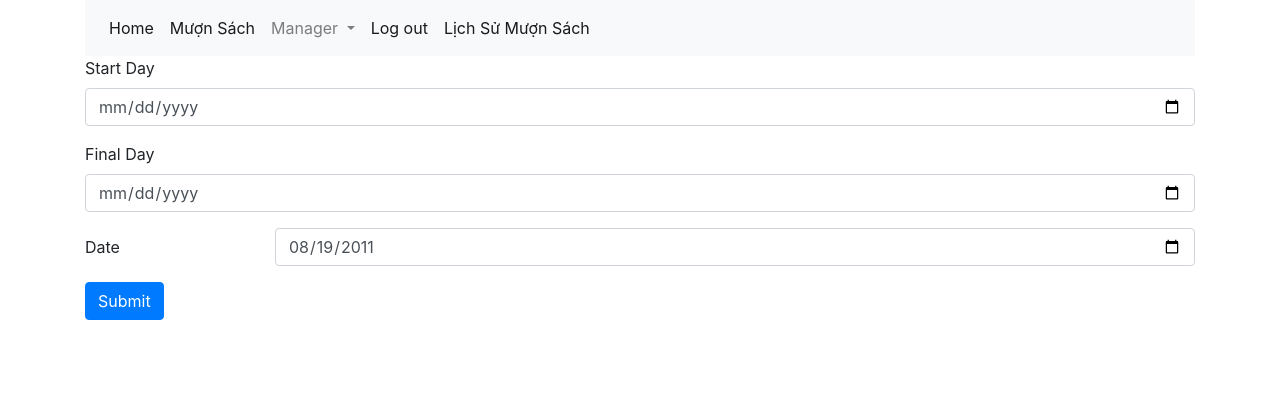
Repository: nguyenquocvuong010195/Jsp-Servlet
Page: http://localhost/JSP-Servlet-Buy/SearchDayServlet
The author's editor kept a copy of each file at every save. The page is drawn from the files as they stood at one save, then again after the next save.
The browser window is 1280 px wide. The pictures show the whole page.
The page is served by Tomcat 9. Other server files are loaded and not shown.

Above is the page before, as saved 2020-08-03 10:11:13.

### JSP-Servlet/JSP-Servlet-Buy/WebContent/searchDay.jsp
<%@ page language="java" contentType="text/html; charset=UTF-8"
	pageEncoding="UTF-8"%>
<!DOCTYPE html>
<html>
<head>
<meta charset="ISO-8859-1">
<title>SearchDay</title>
<link rel="stylesheet"
	href="https://maxcdn.bootstrapcdn.com/bootstrap/4.5.0/css/bootstrap.min.css">
<script
	src="https://ajax.googleapis.com/ajax/libs/jquery/3.5.1/jquery.min.js"></script>
<script
	src="https://cdnjs.cloudflare.com/ajax/libs/popper.js/1.16.0/umd/popper.min.js"></script>
<script
	src="https://maxcdn.bootstrapcdn.com/bootstrap/4.5.0/js/bootstrap.min.js"></script>
<link rel="stylesheet"
	href="https://stackpath.bootstrapcdn.com/bootstrap/4.3.1/css/bootstrap.min.css"
	integrity="sha384-ggOyR0iXCbMQv3Xipma34MD+dH/1fQ784/j6cY/iJTQUOhcWr7x9JvoRxT2MZw1T"
	crossorigin="anonymous">


</head>
<body>
	<div class=container>
		<%@ include file="header.jsp"%>
		<form action="SearchDayServlet" method="POST">
			<div class="form-group">
				<label for="formGroupExampleInput">Start Day </label> <input
					type="date" class="form-control" name="bf"
					id="formGroupExampleInput" placeholder="Example input">
			</div>
			<div class="form-group">
				<label for="formGroupExampleInput2">Final Day</label> <input
					type="date" class="form-control" name="at"
					id="formGroupExampleInput2" placeholder="Another input">
			</div>
			<div class="form-group row">
				<label for="example-date-input" class="col-2 col-form-label">Date</label>
				<div class="col-10">
					<input class="form-control" type="date" value="2011-08-19" name="at"
						id="example-date-input">
				</div>
			</div>
			<button class="btn btn-primary" type="submit">Submit</button>
			<div class="col-3"></div>
		</form>
	</div>
	<script src="https://code.jquery.com/jquery-3.3.1.slim.min.js"
		integrity="sha384-q8i/X+965DzO0rT7abK41JStQIAqVgRVzpbzo5smXKp4YfRvH+8abtTE1Pi6jizo"
		crossorigin="anonymous"></script>
	<script
		src="https://cdnjs.cloudflare.com/ajax/libs/popper.js/1.14.7/umd/popper.min.js"
		integrity="sha384-UO2eT0CpHqdSJQ6hJty5KVphtPhzWj9WO1clHTMGa3JDZwrnQq4sF86dIHNDz0W1"
		crossorigin="anonymous"></script>
	<script
		src="https://stackpath.bootstrapcdn.com/bootstrap/4.3.1/js/bootstrap.min.js"
		integrity="sha384-JjSmVgyd0p3pXB1rRibZUAYoIIy6OrQ6VrjIEaFf/nJGzIxFDsf4x0xIM+B07jRM"
		crossorigin="anonymous"></script>
</body>
</html>

### JSP-Servlet/JSP-Servlet-Buy/WebContent/header.jsp
<%@ page language="java" contentType="text/html; charset=UTF-8"
	pageEncoding="UTF-8"%>
<%@ taglib uri="http://java.sun.com/jsp/jstl/core" prefix="c" %>
<!DOCTYPE html>
<html>
<head>
<meta charset="ISO-8859-1">
</head>
<body>
	<nav class="navbar navbar-expand-lg navbar-light bg-light">
		<button class="navbar-toggler" type="button" data-toggle="collapse"
			data-target="#navbarSupportedContent"
			aria-controls="navbarSupportedContent" aria-expanded="false"
			aria-label="Toggle navigation">
			<span class="navbar-toggler-icon"></span>
		</button>

		<div class="collapse navbar-collapse" id="navbarSupportedContent">
			<ul class="navbar-nav mr-auto">
				<li class="nav-item active"><a class="nav-link" href="#">Home
						<span class="sr-only">(current)</span>
				</a></li>
				<li class="nav-item active"><a class="nav-link"
					href="BookServlet">Mượn Sách</a></li>
				<li class="nav-item dropdown"><a
					class="nav-link dropdown-toggle" href="#" id="navbarDropdown"
					role="button" data-toggle="dropdown" aria-haspopup="true"
					aria-expanded="false"> Manager </a>
					<div class="dropdown-menu" aria-labelledby="navbarDropdown">
						<a class="dropdown-item" href="StudentManagerServlet">Students
							Manager</a>
						<div class="dropdown-divider"></div>
						<a class="dropdown-item" href="BookManagerServlet">Books
							Manager</a>
						<div class="dropdown-divider"></div>
						<a class="dropdown-item" href="SearchDayServlet">Search day</a>
					</div></li>
				<li class="nav-item active"><a class="nav-link"
					href="LogOutServlet">Log out</a></li>
				<li class="nav-item active"><a class="nav-link"
					href="BookHistoryServlet">Lịch Sử Mượn Sách</a></li>
			</ul>

		</div>
</nav>
</body>
</html>

### JSP-Servlet/JSP-Servlet-Buy/src/controller/SearchDayServlet.java
package controller;

import java.io.IOException;
import java.sql.Date;
import java.text.SimpleDateFormat;
import java.time.format.DateTimeFormatter;
import java.util.List;

import javax.servlet.RequestDispatcher;
import javax.servlet.ServletException;
import javax.servlet.annotation.WebServlet;
import javax.servlet.http.HttpServlet;
import javax.servlet.http.HttpServletRequest;
import javax.servlet.http.HttpServletResponse;

import daoImpl.StudentsDAOImpl;
import dto.Borrows;
import dto.HistoryBook;

/**
 * Servlet implementation class SearchDayServlet
 */
@WebServlet("/SearchDayServlet")
public class SearchDayServlet extends HttpServlet {
	private static final long serialVersionUID = 1L;

    /**
     * @see HttpServlet#HttpServlet()
     */
    public SearchDayServlet() {
        super();
        // TODO Auto-generated constructor stub
    }

	/**
	 * @see HttpServlet#doGet(HttpServletRequest request, HttpServletResponse response)
	 */
	protected void doGet(HttpServletRequest request, HttpServletResponse response) throws ServletException, IOException {
		RequestDispatcher rd = request.getRequestDispatcher("searchDay.jsp");
		rd.forward(request, response);
	}

	/**
	 * @see HttpServlet#doPost(HttpServletRequest request, HttpServletResponse response)
	 */
	protected void doPost(HttpServletRequest request, HttpServletResponse response) throws ServletException, IOException {
		String bef = request.getParameter("bf");
		String aff = request.getParameter("at");
		StudentsDAOImpl stu = new StudentsDAOImpl();
		List<HistoryBook> listMuon = stu.listMuonSach(bef, aff);
		request.setAttribute("listMuon", listMuon);
		RequestDispatcher dispatcher = this.getServletContext().getRequestDispatcher("/searchDayResultSet.jsp");
		dispatcher.forward(request, response);

	}

}

After the next save:
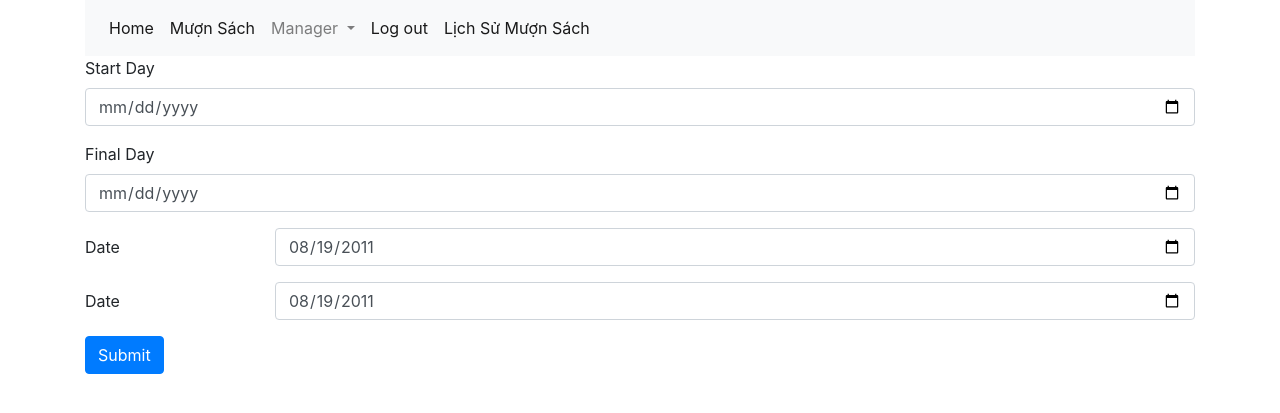
Saved 30 s later.
--- a/JSP-Servlet/JSP-Servlet-Buy/WebContent/searchDay.jsp
+++ b/JSP-Servlet/JSP-Servlet-Buy/WebContent/searchDay.jsp
@@ -34,6 +34,15 @@
 					type="date" class="form-control" name="at"
 					id="formGroupExampleInput2" placeholder="Another input">
 			</div>
+
+			<div class="form-group row">
+				<label for="example-date-input" class="col-2 col-form-label">Date</label>
+				<div class="col-10">
+					<input class="form-control" type="date" value="2011-08-19" name="bf"
+						id="example-date-input">
+				</div>
+			</div>
+
 			<div class="form-group row">
 				<label for="example-date-input" class="col-2 col-form-label">Date</label>
 				<div class="col-10">
@@ -41,6 +50,8 @@
 						id="example-date-input">
 				</div>
 			</div>
+
+
 			<button class="btn btn-primary" type="submit">Submit</button>
 			<div class="col-3"></div>
 		</form>
